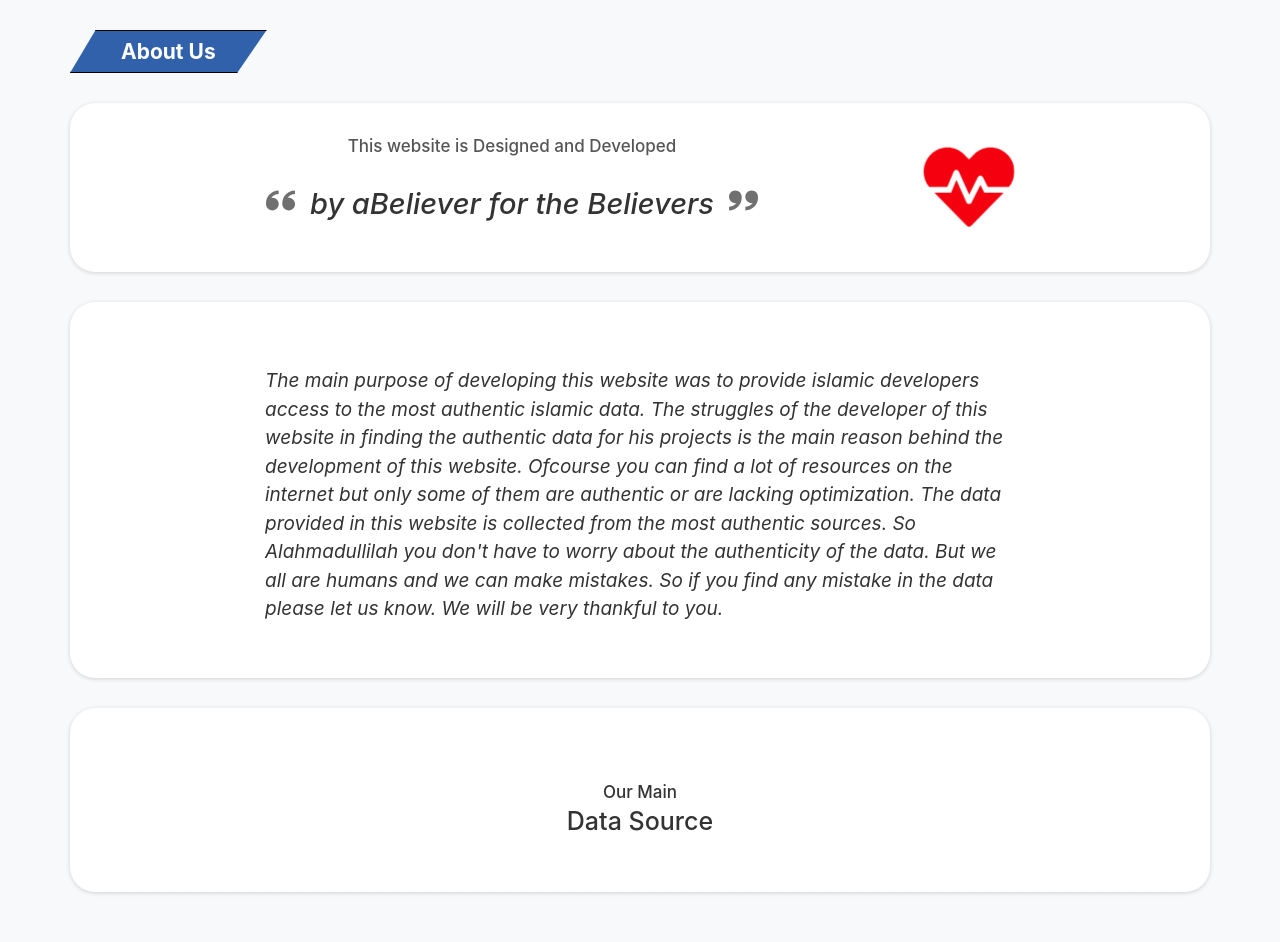
Repository: SpicierEwe/islamic-dev-repo
Page: /legal/about_us
These files come from the project's save history. The page is drawn as it stood at one moment and after the next save; the edit follows.
The browser window is 1280 px wide. The pictures show the whole page.
The project was rebuilt for these pictures with package versions that can differ from the ones it lists, and the page was loaded fresh each time. The framework's server and built-in components were replaced by stand-ins that run in the browser. Also part of the build but not shown: next.config.js.

Above is the page before, as saved 2022-09-16 17:49:30.

### pages/_app.js
import "../styles/globals.css";
import { DataContextProvider } from "../store/data_context";

function MyApp({ Component, pageProps }) {
  return (
    <DataContextProvider>
      <Component {...pageProps} />
    </DataContextProvider>
  );
}

export default MyApp;

### pages/legal/about_us.js
import AboutUs from "../../components/legal/about_us/about_us";

export default function Legal() {
  return (
    <div>
      <AboutUs></AboutUs>
    </div>
  );
}

### styles/globals.css
html,
body,
div,
span,
applet,
object,
iframe,
h1,
h2,
h3,
h4,
h5,
h6,
p,
blockquote,
pre,
a,
abbr,
acronym,
address,
big,
cite,
code,
del,
dfn,
em,
img,
ins,
kbd,
q,
s,
samp,
small,
strike,
strong,
sub,
sup,
tt,
var,
b,
u,
i,
center,
dl,
dt,
dd,
ol,
ul,
li,
fieldset,
form,
label,
legend,
table,
caption,
tbody,
tfoot,
thead,
tr,
th,
td,
article,
aside,
canvas,
details,
embed,
figure,
figcaption,
footer,
header,
hgroup,
menu,
nav,
output,
ruby,
section,
summary,
time,
mark,
audio,
video {
  margin: 0;
  padding: 0;
  border: 0;
  vertical-align: baseline;
}
/* HTML5 display-role reset for older browsers */
article,
aside,
details,
figcaption,
figure,
footer,
header,
hgroup,
menu,
nav,
section {
  display: block;
}
body {
  line-height: 1;
}
ol,
ul {
  list-style: none;
}
blockquote,
q {
  quotes: none;
}
blockquote:before,
blockquote:after,
q:before,
q:after {
  content: "";
  content: none;
}
table {
  border-collapse: collapse;
  border-spacing: 0;
}

/*

 ////////////////////////////////////////////////////////////////////////////from here are the styles
 //////////////////////////////////////////////////////////////////////////

*/

:root {
  --complementary-blue: #0077b6;
  --heading_black: #080808;
}

html {
  font-size: 62.5%;
}

html,
body {
  padding: 0;
  margin: 0;
  /* font-family: "Roboto", "Open Sans", sans-serif, -apple-system,
    BlinkMacSystemFont, Segoe UI, Roboto, Oxygen, Ubuntu, Cantarell, Fira Sans,
    Droid Sans, Helvetica Neue, sans-serif; */

  font-family: -apple-system, BlinkMacSystemFont, Segoe UI, Roboto, Oxygen,
    Ubuntu, Cantarell, Fira Sans, Droid Sans, Helvetica Neue, sans-serif;
  font-weight: 400;
  line-height: 1;
  color: #555;
  box-sizing: border-box;

  background-color: #f8f9fb;

  /* will make the website unselectable/copyable */
  /* -webkit-touch-callout: none;
  -webkit-user-select: none;
  -khtml-user-select: none;
  -moz-user-select: none;
  -ms-user-select: none;
  user-select: none; */
}

a {
  color: inherit;
  text-decoration: none;
}

* {
  box-sizing: border-box;
}

### store/data_context.js
import { createContext, useState } from "react";

const DataContext = createContext({
  db: [],
  downlodable_data: [],
  globaliseDataFunction: (data) => {},
  globaliseDownloadableData: (data) => {},
});

export function DataContextProvider(props) {
  const [db, setDb] = useState([]);
  const [downlodableData, setdownlodableData] = useState([]);

  // globalize db
  function globaliseData(data) {
    /// will update the data
    setDb(data);
  }

  // globalize db
  function globaliseDownloadableData(data) {
    /// will update the data
    setdownlodableData(data);
  }

  const context = {
    db: db,
    downlodable_data: downlodableData,
    globaliseDataFunction: globaliseData,
    globaliseDownloadableData: globaliseDownloadableData,
  };

  return (
    <DataContext.Provider value={context}>
      {props.children}
    </DataContext.Provider>
  );
}

export default DataContext;

### components/legal/about_us/about_us.js
import styles from "./about_us.module.css";
import Image from "next/image";
import { ImQuotesLeft, ImQuotesRight } from "react-icons/im";
import { FaHeartbeat } from "react-icons/fa";

export default function AboutUs(props) {
  return (
    <div className={styles.bg}>
      <h1 className={styles.page_title}>About Us</h1>
      <div className={styles.container_development}>
        <div>
          <p className={styles.intro}>This website is Designed and Developed</p>
          <blockquote>
            <h3 className={styles.quote}>
              <ImQuotesLeft color="#707070" style={{ marginRight: "1.5rem" }} />
              by aBeliever for the Believers
              <ImQuotesRight color="#707070" style={{ marginLeft: "1.5rem" }} />
            </h3>
          </blockquote>
        </div>
        <div className={styles.heart_icon}>
          <FaHeartbeat size="9rem" color="f4000e" />
        </div>
      </div>
      <div className={styles.container_development}>
        <p className={styles.summary}>
          The main purpose of developing this website was to provide islamic
          developers access to the most authentic islamic data. The struggles of
          the developer of this website in finding the authentic data for his
          projects is the main reason behind the development of this website.
          Ofcourse you can find a lot of resources on the internet but only some
          of them are authentic or are lacking optimization. The data provided
          in this website is collected from the most authentic sources. So
          Alahmadullilah you don&apos;t have to worry about the authenticity of
          the data. But we all are humans and we can make mistakes. So if you
          find any mistake in the data please let us know. We will be very
          thankful to you.
        </p>
      </div>

      <div className={styles.container_development}>
        <p className={styles.source_title}>
          <span className={styles.head_half}> Our Main</span>
          <br></br> Data Source
        </p>
      </div>
    </div>
  );
}

### components/legal/about_us/about_us.module.css
.bg {
  /* background-color: red; */
  max-width: 120rem;
  padding: 0 3rem;
  margin: 0 auto;
  padding-bottom: 5rem;
}

.page_title {
  margin-top: 3rem;
  display: inline-block;
  clip-path: polygon(13% 0, 100% 0%, 85% 100%, 0% 100%);
  background-color: #3061aa;
  color: white;
  border: 1px solid black;
  padding: 1rem 5rem;
  font-size: 2.1rem;
}

.container_development {
  justify-content: center;
  align-items: center;
  display: flex;
  border-radius: 2.5rem;
  margin-top: 3rem;
  background-color: white;
  padding: 3.5rem 3rem;
  box-shadow: rgba(0, 0, 0, 0.16) 0px 1px 4px;
  justify-content: space-evenly;
}

.intro {
  text-align: center;
  font-weight: 500;
  color: #555;
  font-size: 1.7rem;
}

.quote {
  margin-top: 3rem;
  color: #333;
  font-weight: 500;
  font-size: 2.9rem;
  font-style: italic;
  padding-bottom: 1.9rem;
  text-align: center;
}

/* heart icon */
.heart_icon {
  animation: heartBeat 1.5s infinite;
}

/* heart icon animation */
@keyframes heartBeat {
  0% {
    transform: scale(1);
  }
  20% {
    transform: scale(1.1);
  }
  40% {
    transform: scale(1);
  }
  60% {
    transform: scale(1.1);
  }
  80% {
    transform: scale(1);
  }
  100% {
    transform: scale(1);
  }
}

.summary {
  margin-top: 3rem;
  max-width: 75rem;

  line-height: 1.5;
  color: #333;
  font-size: 1.9rem;
  font-style: italic;
  padding-bottom: 1.9rem;
}

.source_title {
  margin-top: 3rem;
  color: #333;
  font-weight: 500;
  font-size: 2.5rem;
  line-height: 1.3;
  /* font-style: italic; */
  padding-bottom: 1.9rem;
  text-align: center;
}

.head_half {
  font-size: 1.7rem;
}

/* media query */
@media (max-width: 768px) {
  .container_development {
    flex-direction: column;
    row-gap: 1.5rem;
  }
}

After the next save:
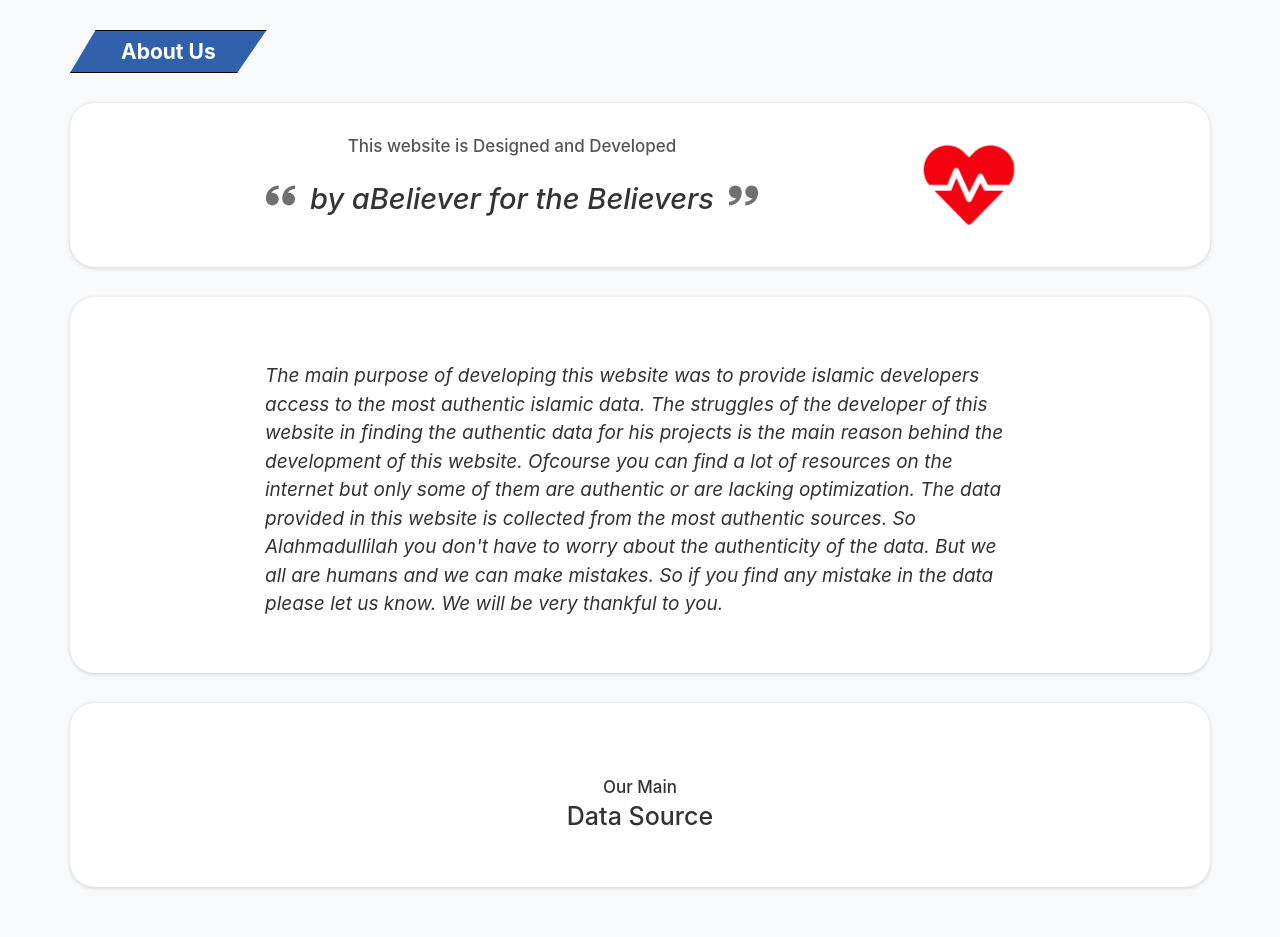
Saved 118 s later.
--- a/components/legal/about_us/about_us.module.css
+++ b/components/legal/about_us/about_us.module.css
@@ -37,7 +37,7 @@
 }
 
 .quote {
-  margin-top: 3rem;
+  margin-top: 2.5rem;
   color: #333;
   font-weight: 500;
   font-size: 2.9rem;

After the save that followed:
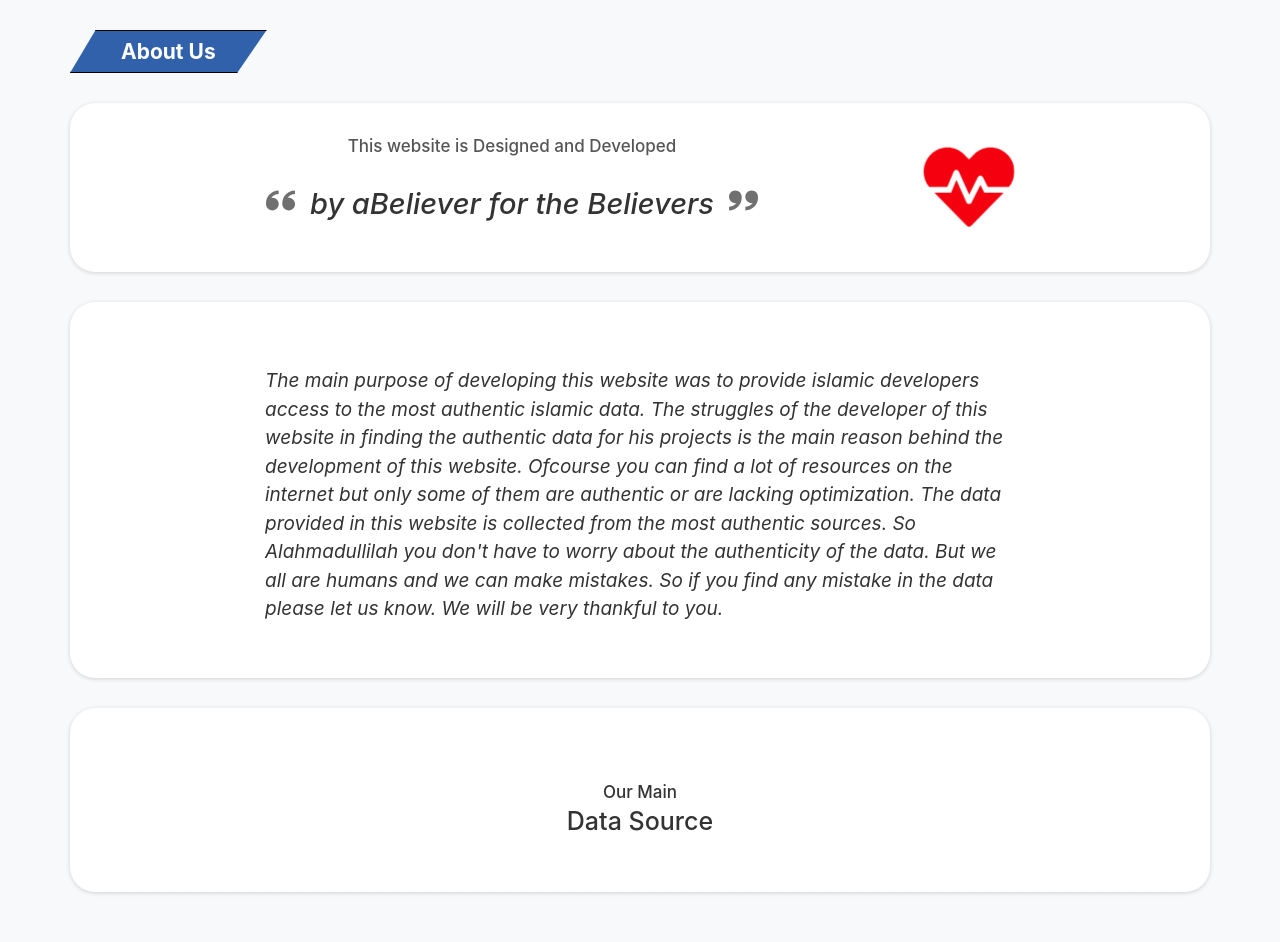
Saved 11 s later.
--- a/components/legal/about_us/about_us.module.css
+++ b/components/legal/about_us/about_us.module.css
@@ -37,7 +37,7 @@
 }
 
 .quote {
-  margin-top: 2.5rem;
+  margin-top: 3rem;
   color: #333;
   font-weight: 500;
   font-size: 2.9rem;
